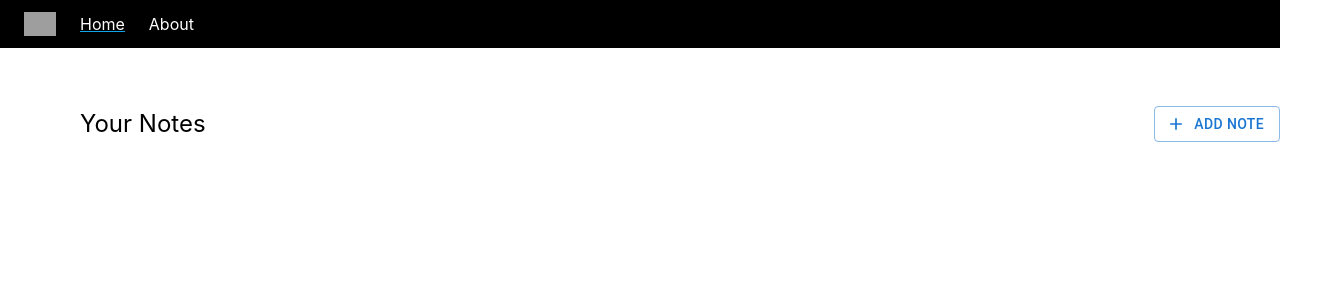
Repository: sonawaneteju4/iNote
Page: /
The author's editor kept a copy of each file at every save. The page is drawn from the files as they stood at one save, then again after a run of saves.
The browser window is 1280 px wide. The page is 1320 px wide, so the pictures cover 1320 px, including what lies to the right of the window. The pictures show the whole page.
Pictures or frames that could not be fetched are drawn as grey boxes. The page's requests for data from a server got no answer. Some web libraries are served in a nearby version. The project was rebuilt for these pictures with package versions that can differ from the ones it lists, and the page was loaded fresh each time. No one was signed in, and anything a server would have sent is missing. Also part of the build but not shown: src/App.css, src/components/NoteModal.js, src/components/NoteCard.js, src/components/About.js, src/components/Alert.js.

Above is the page before, as saved 2022-10-12 01:14:46.

### public/index.html
<!DOCTYPE html>
<html lang="en">
  <head>
    <meta charset="utf-8" />
    <link rel="icon" href="%PUBLIC_URL%/favicon.ico" />
    <meta name="viewport" content="width=device-width, initial-scale=1" />
    <meta name="theme-color" content="#000000" />
    <meta
      name="description"
      content="Web site created using create-react-app"
    />
    <link rel="apple-touch-icon" href="%PUBLIC_URL%/logo192.png" />

    <link rel="manifest" href="%PUBLIC_URL%/manifest.json" />

    <title>iNote - Secured Notes On Cloud</title>
  </head>
  <body>
    <noscript>You need to enable JavaScript to run this app.</noscript>
    <script src="https://kit.fontawesome.com/61d960ae85.js" crossorigin="anonymous"></script>
    <div id="root"></div>
  </body>
</html>

### src/App.js
import "./App.css";
import { BrowserRouter, Routes, Route } from "react-router-dom";
import Navbar from "./components/Navbar";
import Home from "./components/Home";
import About from "./components/About";
import NoteState from "./context/notes/NoteAPIs";
import Alert from "./components/Alert";

function App() {
  return (
    <>
      <NoteState>
        <BrowserRouter>
          <Navbar />
          <div className="container m-10">

          <Routes>
            <Route exact path="/" element={<Home />}></Route>
            <Route exact path="/about" element={<About />}></Route>
          </Routes>
          </div>
        </BrowserRouter>
      </NoteState>
    </>
  );
}

export default App;

### src/components/Navbar.js
import React, {useEffect} from 'react'
import { Link, useLocation } from 'react-router-dom'

const Navbar = () => {
  let location = useLocation();
  useEffect(() => {

  }, [location])

  return (
    <nav className='flex bg-black text-white sticky top-0'>
        <ul className='flex m-3'>
            <li className='px-3'><Link to="/"><img alt="Logo" className='h-6' src='https://i.ibb.co/yyD6c8M/i-NOTE-3.png'></img></Link></li>
            <li className={`px-3  ${location.pathname==='/'? "underline decoration-sky-500": ""}`}><Link to="/">Home</Link></li>
            <li className={`px-3  ${location.pathname==='/about'? "underline decoration-sky-500": ""}`}><Link to="/about">About</Link></li>
        </ul>

    </nav>
  )
}

export default Navbar

### src/components/Home.js
import React from 'react'
// import NoteState from '../context/notes/NoteState';
import Notes from './AllNotes';

const Home = () => {

  return (
    <div className='mx-10'>
      <Notes />
    </div>

  )
}

export default Home

### src/context/notes/NoteAPIs.js
import NoteContext from "./NoteContext";
import { useState } from "react";

const NoteAPIs = (props) => {
  const host = "http://localhost:5000"
  const notesInitial = []
  const [notes, setNotes] = useState(notesInitial)

  // Get all Notes
  const getNotes = async () => {
    // API Call
    const response = await fetch(`${host}/api/notes/fetchallnotes`, {
      method: 'GET',
      headers: {
        'Content-Type': 'application/json',
        "auth-token": "eyJhbGciOiJIUzI1NiIsInR5cCI6IkpXVCJ9.eyJ1c2VyIjp7ImlkIjoiNjM0MDJkNzU1M2FmOTliMGVlZjI2NTM0In0sImlhdCI6MTY2NTE1MDMyNX0.21oCHuWw9znwAh1XjjmkspjjhwBbkDeEM_QBgueLQc0"
      }
    });
    const json = await response.json()
    // console.log(json)
    setNotes(json)
  }

  // Add a Note
  const addNote = async (title, description, tag) => {
    // TODO: API Call
    // API Call
    const response = await fetch(`${host}/api/notes/addnote`, {
      method: 'POST',
      headers: {
        'Content-Type': 'application/json',
        "auth-token": "eyJhbGciOiJIUzI1NiIsInR5cCI6IkpXVCJ9.eyJ1c2VyIjp7ImlkIjoiNjM0MDJkNzU1M2FmOTliMGVlZjI2NTM0In0sImlhdCI6MTY2NTE1MDMyNX0.21oCHuWw9znwAh1XjjmkspjjhwBbkDeEM_QBgueLQc0"
      },
      body: JSON.stringify({title, description, tag})
    }).then(async (res) =>{
      if(res.status === 200){

        console.log("Note Saved Successful")
      }
      else{
        console.log("Failed to Save note")
      }
    });

    // console.log("Adding a new note")
    const note = {
      "_id": "61322f119553781a8ca8d0e08",
      "user": "6131dc5e3e4037cd4734a0664",
      "title": title,
      "description": description,
      "tag": tag,
      "date": "2021-09-03T14:20:09.668Z",
      "__v": 0
    };
    setNotes(notes.concat(note))
  }

  // Delete a Note
  const deleteNote = (id) => {
    // TODO: API Call
    console.log("Deleting the note with id" + id);
    const newNotes = notes.filter((note) => { return note._id !== id })
    setNotes(newNotes)
  }
  // Edit a Note
  const editNote = async (id, title, description, tag) => {
    // API Call
    const response = await fetch(`${host}/api/notes/updatenote/${id}`, {
      method: 'POST',
      headers: {
        'Content-Type': 'application/json',
        "auth-token": "eyJhbGciOiJIUzI1NiIsInR5cCI6IkpXVCJ9.eyJ1c2VyIjp7ImlkIjoiNjM0MDJkNzU1M2FmOTliMGVlZjI2NTM0In0sImlhdCI6MTY2NTE1MDMyNX0.21oCHuWw9znwAh1XjjmkspjjhwBbkDeEM_QBgueLQc0"
      },
      body: JSON.stringify({title, description, tag})
    });
    const json = response.json();
    console.log(json)

    // Logic to edit in client
    for (let index = 0; index < notes.length; index++) {
      const element = notes[index];
      if (element._id === id) {
        element.title = title;
        element.description = description;
        element.tag = tag;
      }

    }
  }

  return (
    <NoteContext.Provider value={{ notes, addNote, deleteNote, editNote, getNotes }}>
      {props.children}
    </NoteContext.Provider>
  )

}
export default NoteAPIs;

### src/components/AllNotes.js
import React, { useState, useContext, useEffect } from "react";
import NoteContext from "../context/notes/NoteContext";
import NoteModal from "./NoteModal";
import NoteItem from "./NoteCard";
import Button from "@mui/material/Button";
import AddIcon from "@mui/icons-material/Add";

const Notes = () => {
  const context = useContext(NoteContext);
  const [showModal, setShowModal] = useState(false);
  const [showModalForUpdate, setShowModalForUpdate] = useState(false);
  const { notes, getNotes } = context;

  const [noteForUpdate, setNoteForUpdate] = useState();
  const forUpdate = true;
  useEffect(() => {
    getNotes();
  }, []);

  const updateNote = (n) => {
    setShowModalForUpdate(true);
    setNoteForUpdate(n);
  };

  return (
    <div>
      <div className="flex justify-between items-center my-5">
        <h1 className="py-5 text-2xl">Your Notes</h1>
        <Button
          variant="outlined"
          startIcon={<AddIcon />}
          onClick={() => setShowModal(true)}
        >
          Add Note
        </Button>
        {showModal && <NoteModal closeModal={setShowModal} />}
        {showModalForUpdate && (
          <NoteModal
            closeModal={setShowModalForUpdate}
            noteForUpdate={noteForUpdate}
            forUpdate={forUpdate}
          />
        )}
      </div>

      <div className="grid grid-cols-3 gap-1">
        {notes.map((note) => {
          return (
            <div key={note._id} onClick={() => updateNote(note)}>
              <NoteItem note={note} />
            </div>
          );
        })}
      </div>
    </div>
  );
};

export default Notes;

Loaded but not shown: src/index.js (common file); src/index.css (common file); src/context/notes/NoteContext.js (common file); tailwind.config.js (common file)

After the next 4 saves:
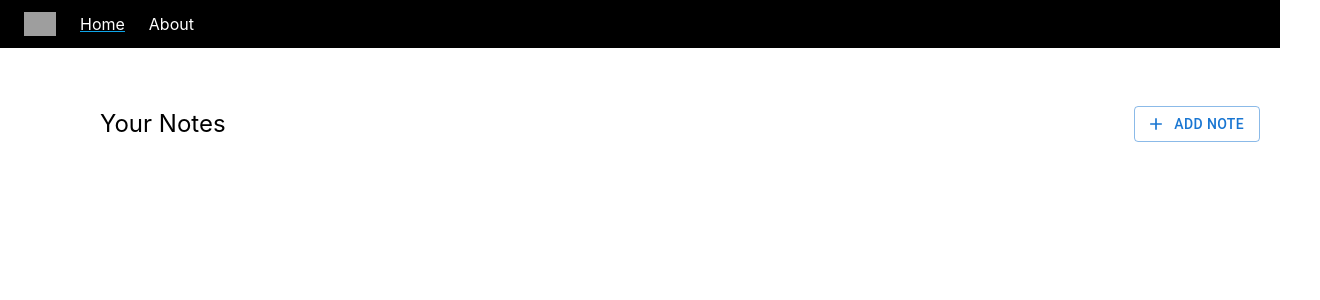
The 4 saves are shown as one change because they came seconds apart.
The last was saved 12 s later.
--- a/src/components/AllNotes.js
+++ b/src/components/AllNotes.js
@@ -24,7 +24,7 @@ const Notes = () => {
 
   return (
     <div>
-      <div className="flex justify-between items-center my-5">
+      <div className="flex justify-between items-center my-5 mx-5">
         <h1 className="py-5 text-2xl">Your Notes</h1>
         <Button
           variant="outlined"
